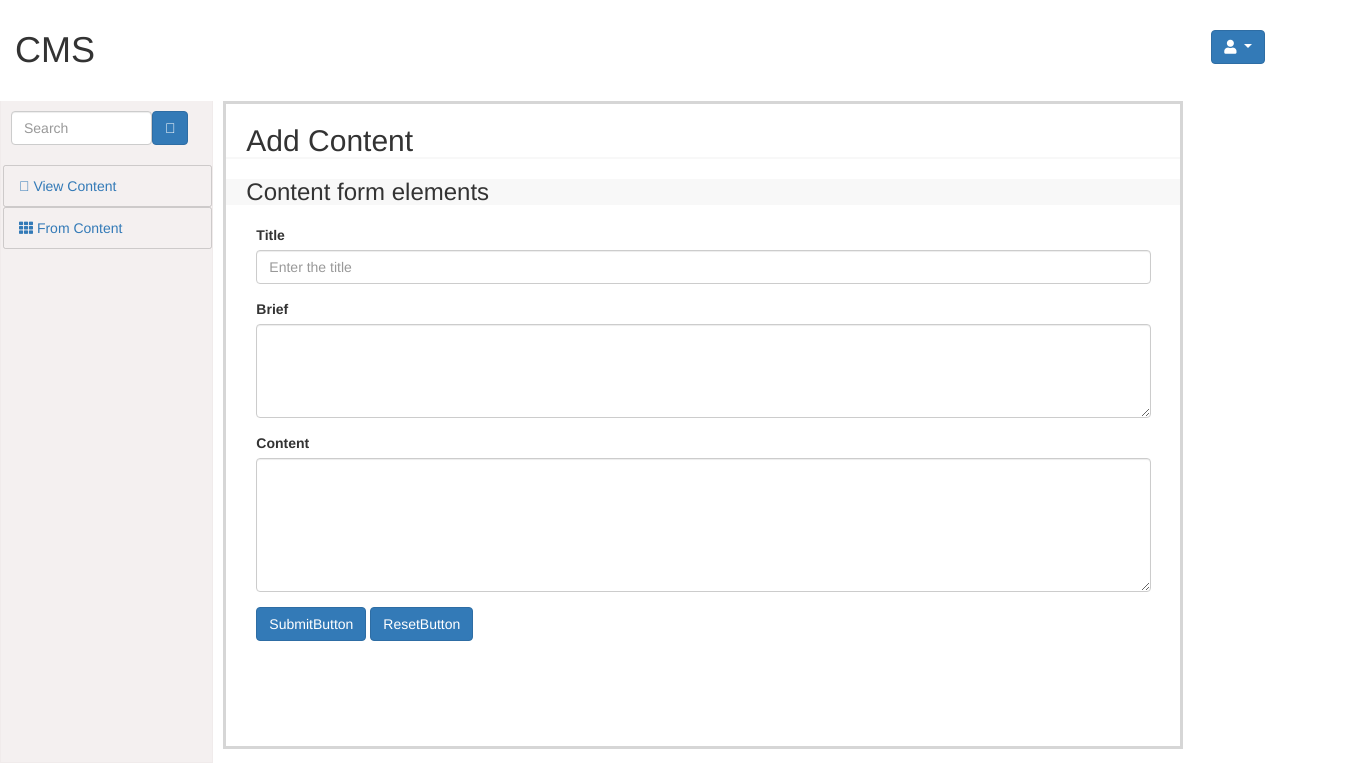
Repository: NgocNB20/travel
Page: NgocNb20_assigment8_9/edit.html
The author's editor kept a copy of each file at every save. The page is drawn from the files as they stood at one save, then again after the next save.
The browser window is 1280 px wide. The page is 1366 px wide, so the pictures cover 1366 px, including what lies to the right of the window. The pictures show the whole page.
Some web libraries are served in a nearby version.

Above is the page before, as saved 2021-10-06 00:40:40.

After the next save:
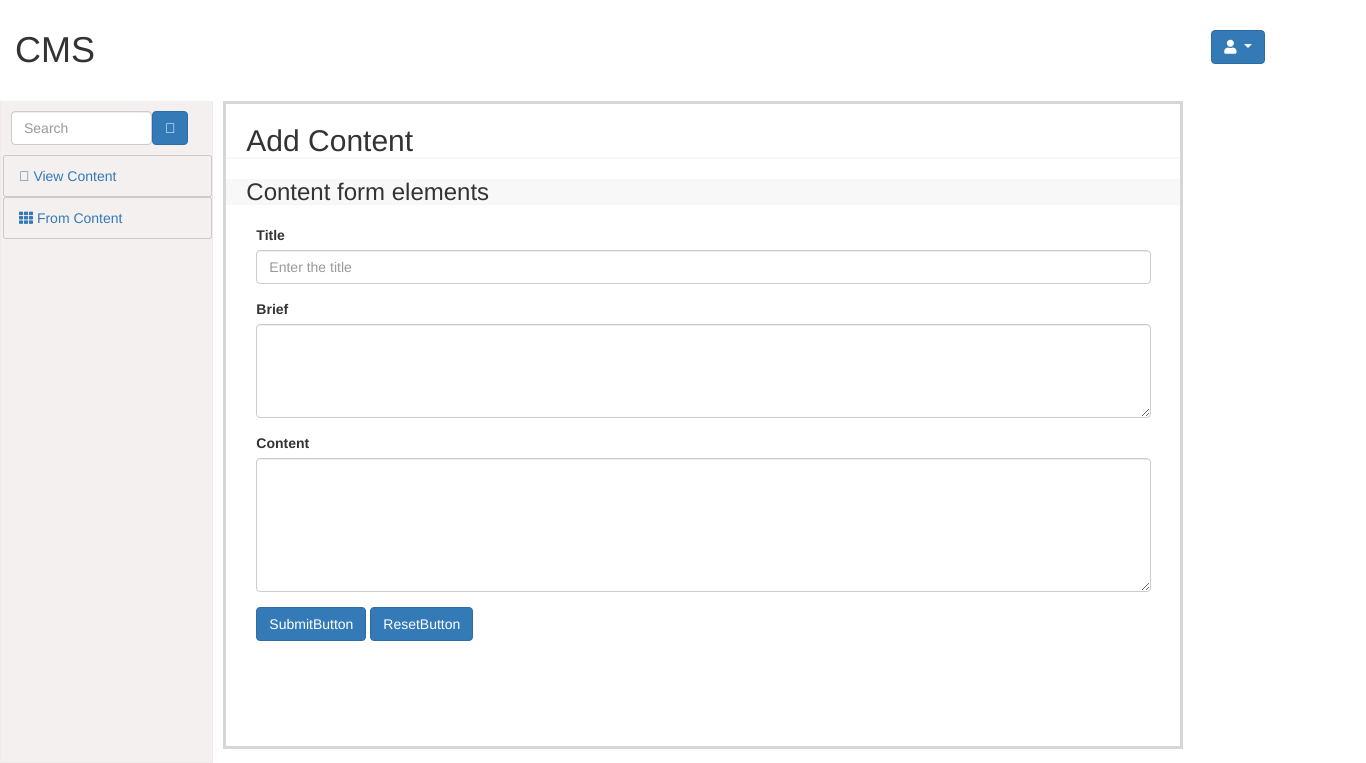
Saved 4 s later.
--- a/NgocNb20_assigment8_9/edit.css
+++ b/NgocNb20_assigment8_9/edit.css
@@ -121,5 +121,5 @@ a.nav-link.link-dark {
     border: 1px solid #3333;
 }
 ul.nav.nav-pills.flex-column.mb-auto {
-    margin-top: 2rem;
+    margin-top: 1rem;
 }
